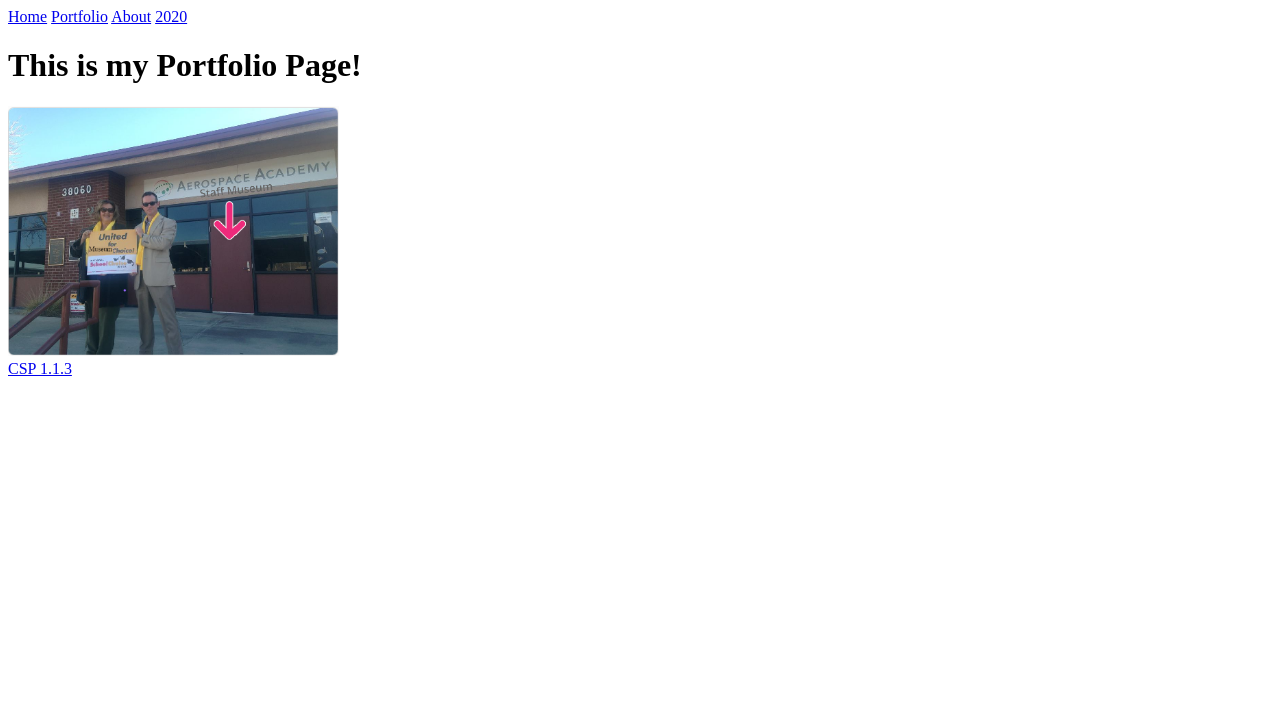
Repository: Priskillet/Priskillet.github.io
Page: My_website/portfolio.html
The author's editor kept a record of every edit. The page is drawn from the files as they stood at one moment, then again after the next edit.
The browser window is 1280 px wide. The pictures show the whole page.

Above is the page before.

### My_website/portfolio.html
<!doctype html>
	<html lang="en">
	  <head>
	    <meta charset="utf-8">
	    <title>Portfolio</title>
	  </head>
	  <body>
    <a href="index.html">Home</a>
    <a href="portfolio.html">Portfolio</a>
        <a href="about.html">About</a>
 <a href="2020.html">2020</a>
 <h1>This is my Portfolio Page!</h1>
    <img src="images/scratch3.PNG" height="250">
    <br>
      <a href="https://scratch.mit.edu/projects/324336975/">CSP 1.1.3</a>
    </a>
	  </body>
	</html>

After the next edit:
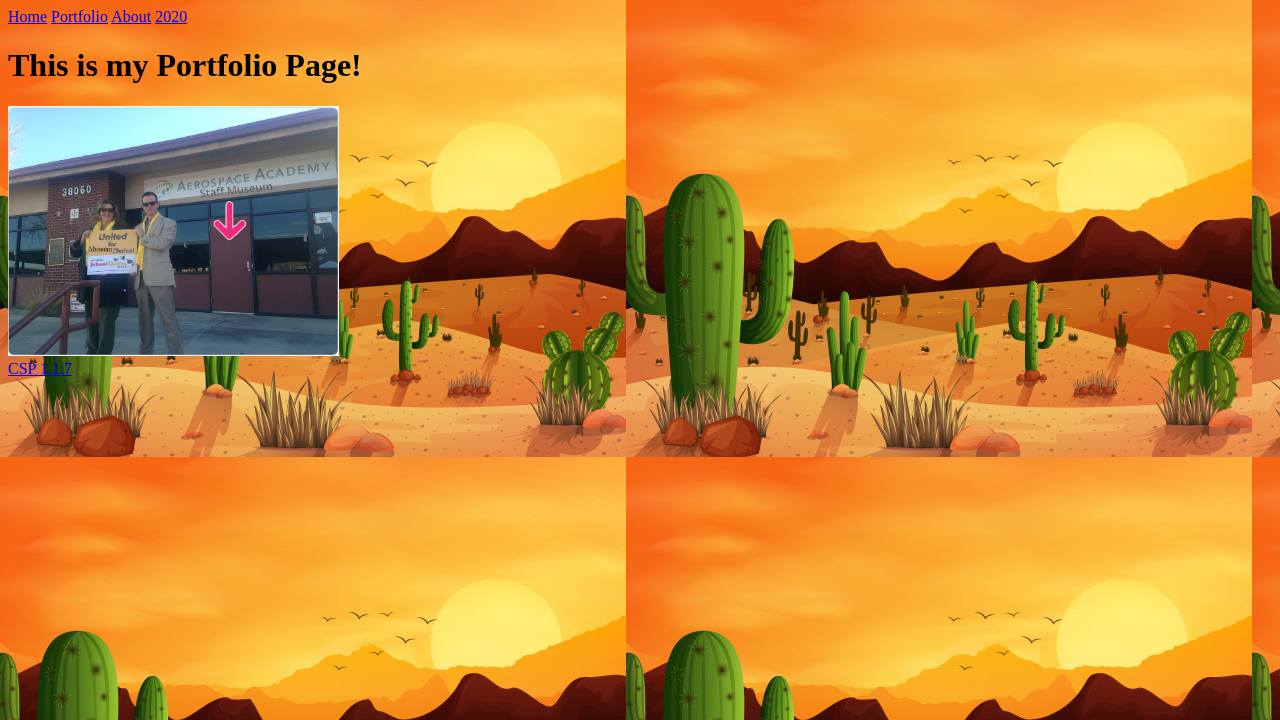
The edit:
--- a/My_website/portfolio.html
+++ b/My_website/portfolio.html
@@ -12,7 +12,12 @@
  <h1>This is my Portfolio Page!</h1>
     <img src="images/scratch3.PNG" height="250">
     <br>
-      <a href="https://scratch.mit.edu/projects/324336975/">CSP 1.1.3</a>
+      <a href="https://scratch.mit.edu/projects/326799309/">CSP 1.1.7</a>
     </a>
+    <style>
+body {
+  background-image: url('images/sunset.jpg');
+}
+</style>
 	  </body>
 	</html>
